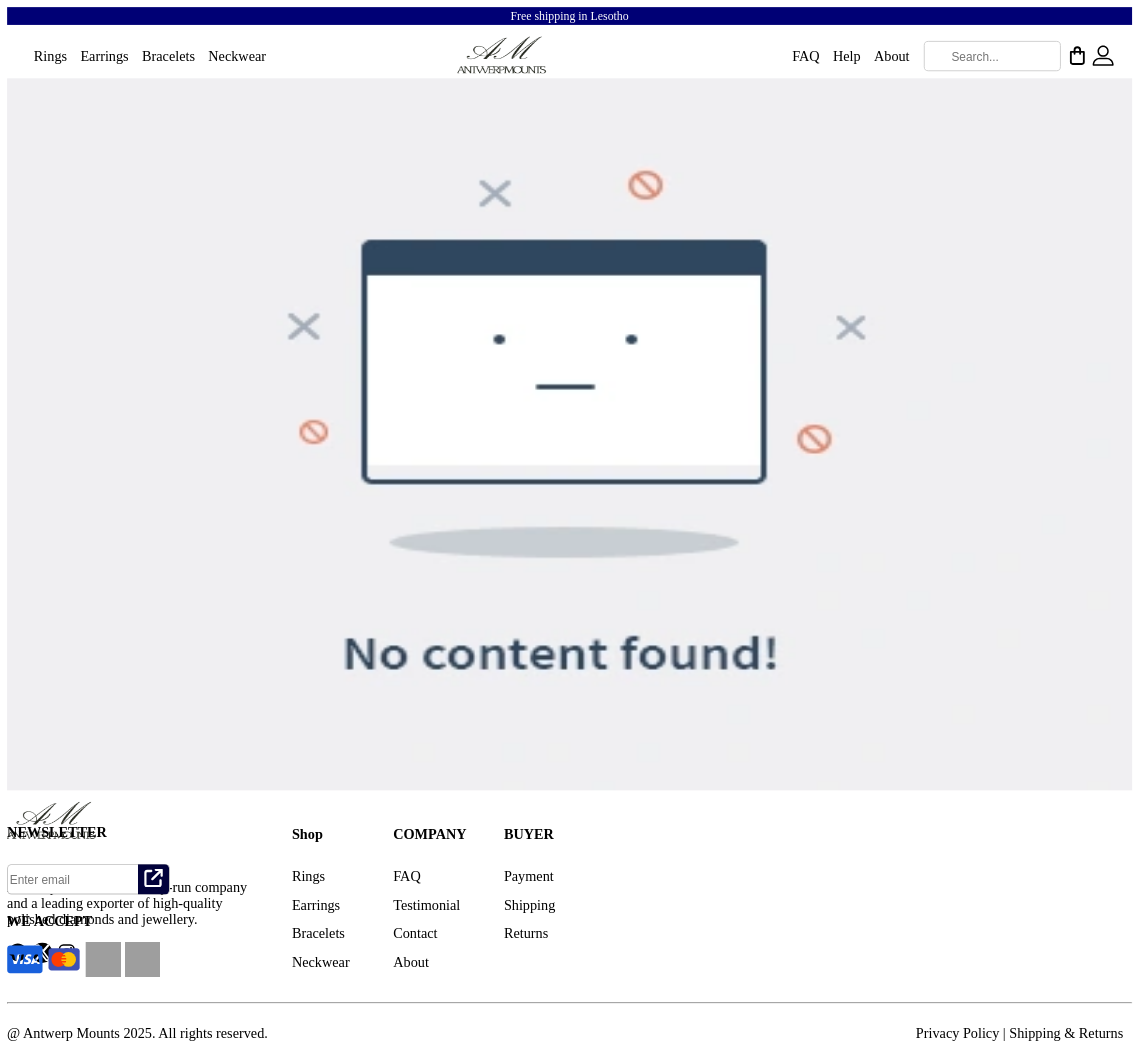
Repository: kea-0424/Web-Development-Project-1
Page: First_collaboration/JewelarySite.html
The author's editor kept a copy of each file at every save. The page is drawn from the files as they stood at one save, then again after the next save.
The browser window is 1280 px wide. The pictures show the whole page, at 89% of full size.
Pictures or frames that could not be fetched are drawn as grey boxes.

Above is the page before, as saved 2025-01-23 11:10:55.

After the next save:
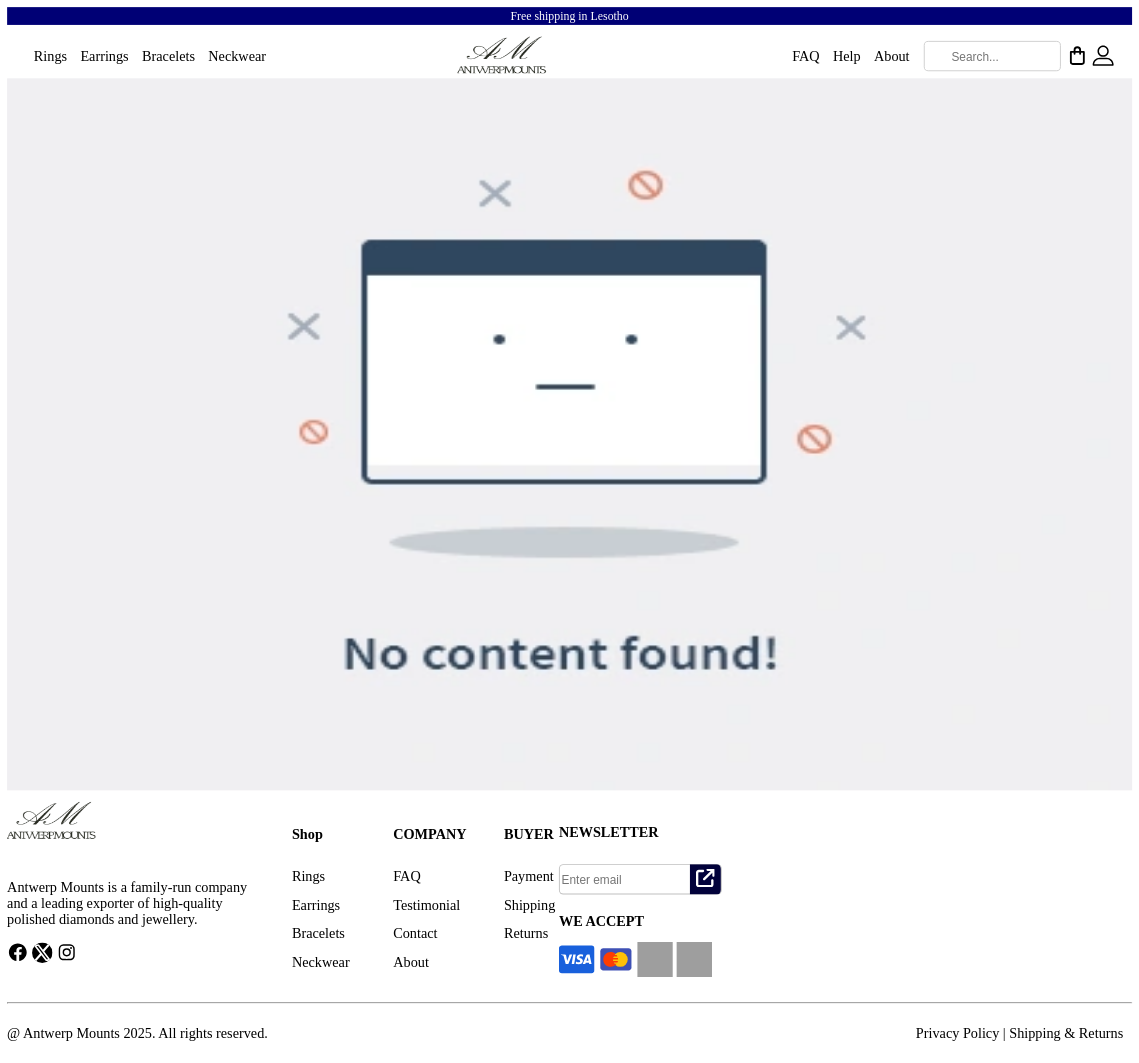
Saved 17 s later.
--- a/First_collaboration/JewelarySite.css
+++ b/First_collaboration/JewelarySite.css
@@ -171,7 +171,7 @@ footer {
 /*border: 1px solid red;*/
 display: inline;
 position: absolute;
-left: 620;
+left: 620px;
 top:18px;
 }
 hr {
